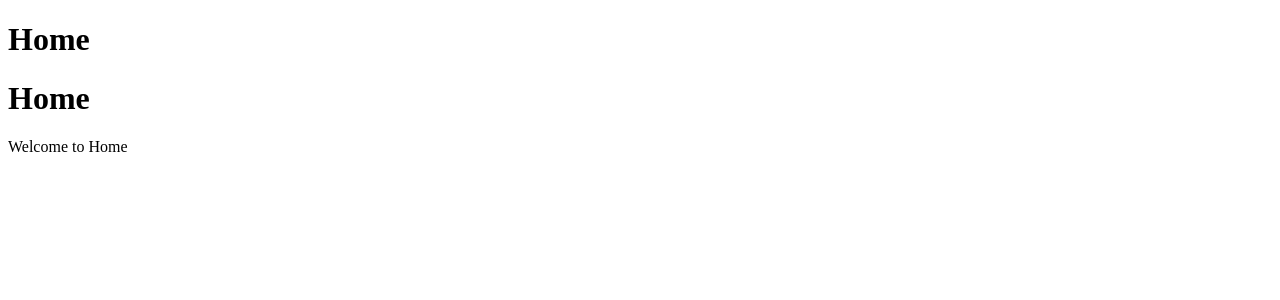
Repository: RaghaRS/comp229_003_assignment
Page: http://localhost/
An editor plug-in stored every save of this project. The page is shown before and after a run of saves, followed by the edit.
The browser window is 1280 px wide. The pictures show the whole page.
The page is served by the project's Node server (server.js).

Above is the page before, as saved 2023-01-27 16:38:41.

After the next 2 saves:
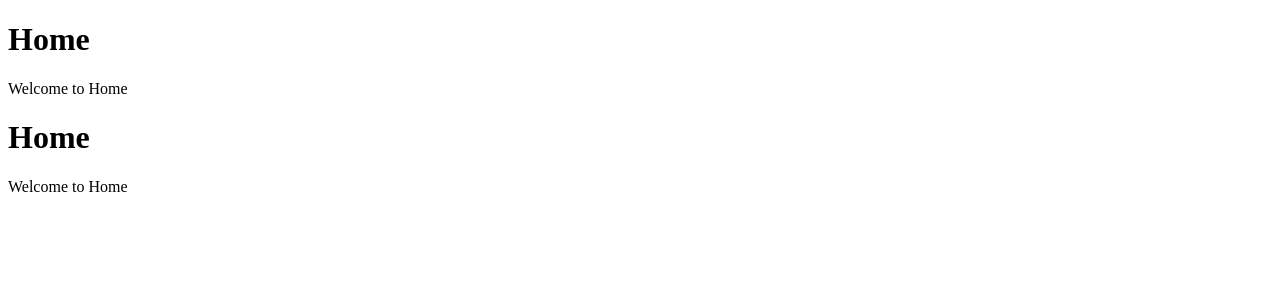
The 2 saves are shown as one change because they came seconds apart.
The last was saved 23 s later.
--- a/views/index.ejs
+++ b/views/index.ejs
@@ -8,6 +8,7 @@
 </head>
 <body>
   <h1><%= title%></h1>
+  <p>Welcome to <%= title %></p>
 
 </body>
 </html>
